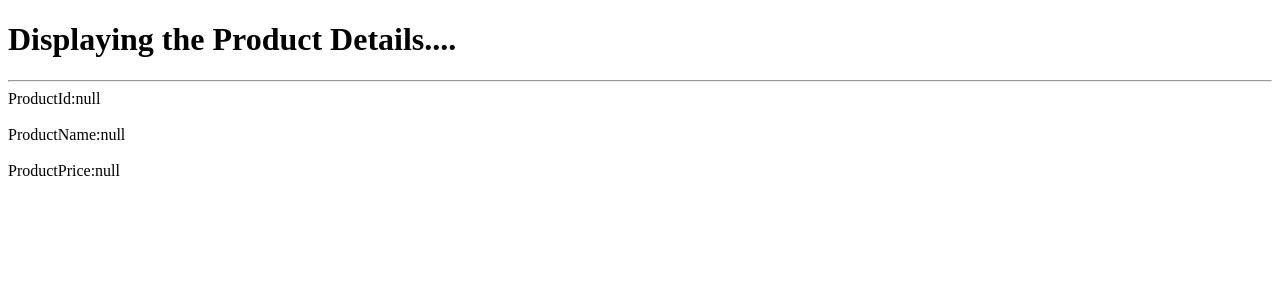
Repository: balinenibhanuprakash444/projects-All-Phases
Page: http://localhost/RetrievingtheProductDetails/dispaly.jsp
These files come from the project's save history. The page is drawn as it stood at one moment and after the next save; the edit follows.
The browser window is 1280 px wide. The pictures show the whole page.
The page is served by Tomcat 9. Other server files are loaded and not shown.

Above is the page before, as saved 2022-03-22 14:14:46.

### RetrievingtheProductDetails/src/main/webapp/dispaly.jsp
<%@ page language="java" contentType="text/html; charset=ISO-8859-1"
    pageEncoding="ISO-8859-1"%>
<!DOCTYPE html>
<html>
<head>
<meta charset="ISO-8859-1">
<title>Insert title here</title>
</head>
<body>
<h1>Displaying the Product Details....</h1>
<hr>
<%= "ProductId:" + session.getAttribute("pid") %> <br> <br>

<%= "ProductName:" +session.getAttribute("pname") %>  <br> <br>

<%= "ProductPrice:" + session.getAttribute("pprice") %>
</hr>


</body>
</html>

After the next save:
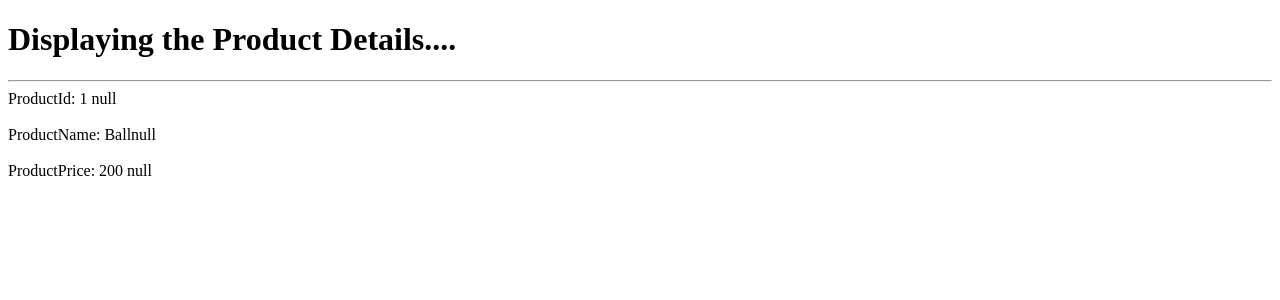
Saved 113 s later.
--- a/RetrievingtheProductDetails/src/main/webapp/dispaly.jsp
+++ b/RetrievingtheProductDetails/src/main/webapp/dispaly.jsp
@@ -9,11 +9,11 @@
 <body>
 <h1>Displaying the Product Details....</h1>
 <hr>
-<%= "ProductId:" + session.getAttribute("pid") %> <br> <br>
+<%= "ProductId: 1 " + session.getAttribute("pid") %> <br> <br>
 
-<%= "ProductName:" +session.getAttribute("pname") %>  <br> <br>
+<%= "ProductName:  Ball" +session.getAttribute("pname") %>  <br> <br>
 
-<%= "ProductPrice:" + session.getAttribute("pprice") %>
+<%= "ProductPrice: 200 " + session.getAttribute("pprice") %>
 </hr>
 
 
